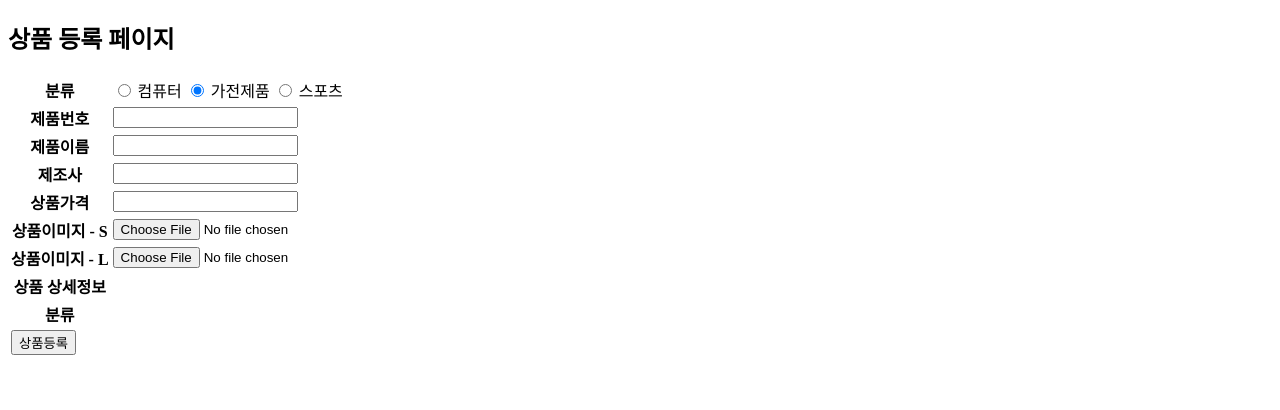
Repository: xlz5000/ICT
Page: http://localhost/spring_mvc02/WEB-INF/views/day08/product_add.jsp
An editor plug-in stored every save of this project. The page is shown before and after the next save, followed by the edit.
The browser window is 1280 px wide. The pictures show the whole page.
The page is served by Tomcat 9. Nobody is signed in. Other server files are loaded and not shown. The template is opened directly, without the code that normally fills it, so the values that code supplies are empty.

Above is the page before, as saved 2025-04-18 02:18:56.

### spring_mvc02/src/main/webapp/WEB-INF/views/day08/product_add.jsp
<%@ page language="java" contentType="text/html; charset=UTF-8"
    pageEncoding="UTF-8"%>
<!DOCTYPE html>
<html>
<head>
<meta charset="UTF-8">
<title>Insert title here</title>
</head>
<body>

	<div id="productForm">
		<h2>상품 등록 페이지</h2>
		<form action="/shop_product_add_ok" method="post" enctype="multipart/form-data">
			<table>
				<tbody>
					<tr>
						<th>분류</th>
						<td>
							<input type="radio" name="category" value="com001"> 컴퓨터
							<input type="radio" name="category" value="ele002" checked> 가전제품
							<input type="radio" name="category" value="sp003"> 스포츠
						</td>
					</tr>
					<tr>
						<th>제품번호</th>
						<td><input type="text" name="p_num" required></td>
					</tr>
					<tr>
						<th>제품이름</th>
						<td><input type="text" name="p_name" required></td>
					</tr>
					<tr>
						<th>제조사</th>
						<td><input type="text" name="p_company" required></td>
					</tr>
					<tr>
						<th>상품가격</th>
						<td><input type="text" name="p_price" required></td>
					</tr>
					<tr>
						<th>상품이미지 - S</th>
						<td><input type="file" name="file_s" required></td>
					</tr>
					<tr>
						<th>상품이미지 - L</th>
						<td><input type="file" name="file_l" required></td>
					</tr>
					<tr>
						<th>상품 상세정보</th>
						<td></td>
					</tr>
					<tr>
						<th>분류</th>
						<td></td>
					</tr>


				</tbody>
				<tfoot>
					<tr><td colspan="2"><input type="submit" value="상품등록"></td></tr>
				</tfoot>
			</table>
		</form>


	</div>

</body>
</html>

After the next save:
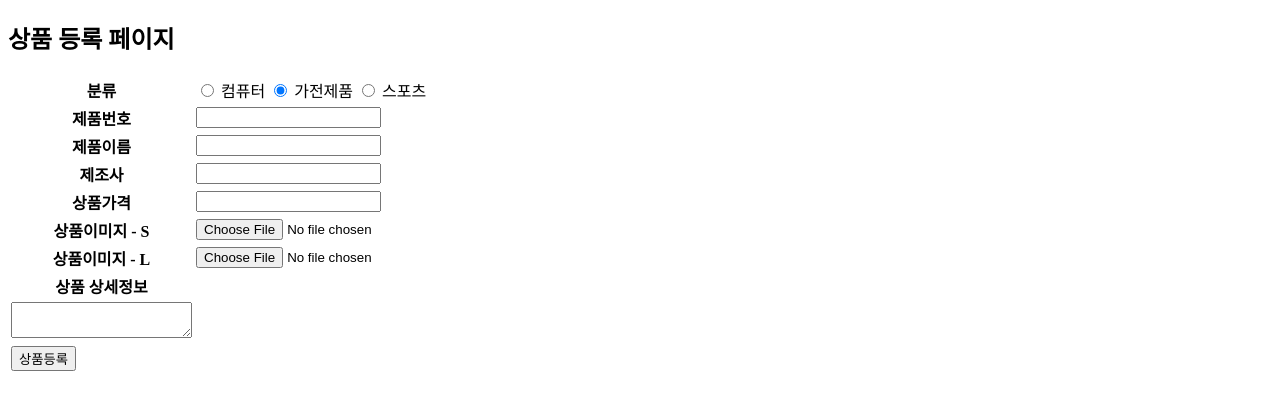
Saved 79 s later.
--- a/spring_mvc02/src/main/webapp/WEB-INF/views/day08/product_add.jsp
+++ b/spring_mvc02/src/main/webapp/WEB-INF/views/day08/product_add.jsp
@@ -50,8 +50,12 @@
 						<td></td>
 					</tr>
 					<tr>
-						<th>분류</th>
-						<td></td>
+						<th colspsn="2">
+
+						<textarea></textarea>
+
+						</th>
+
 					</tr>
 
 
